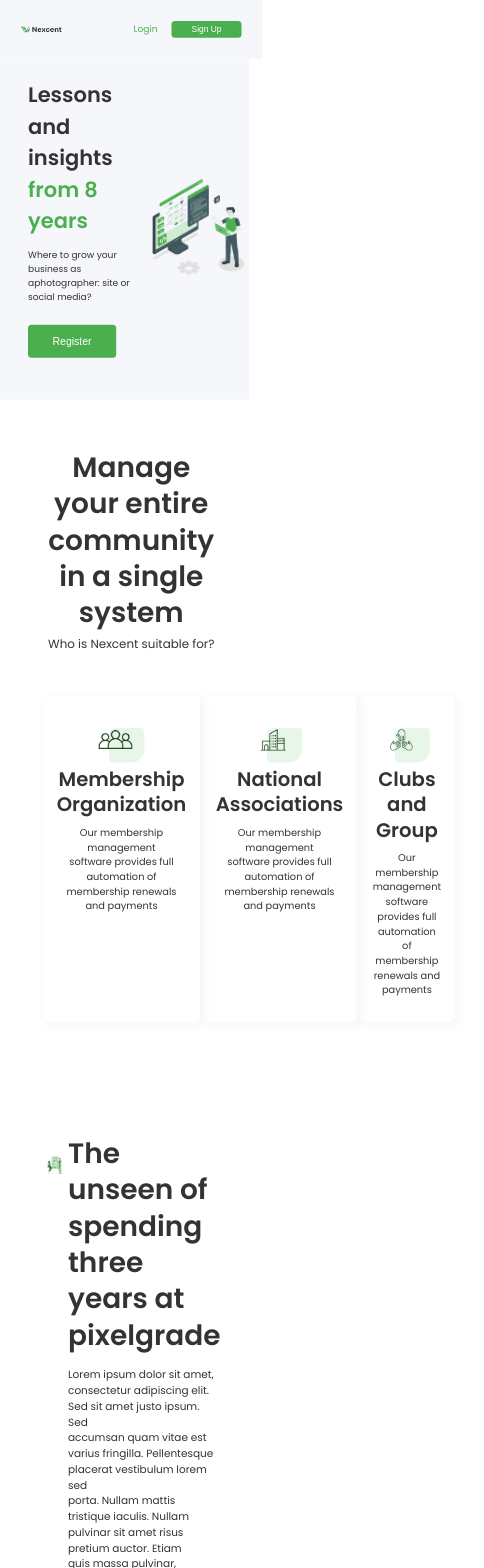
Repository: Eldream12/axia-second-project
Page: index.html
These files come from the project's save history. The page is drawn as it stood at one moment and after the next save; the edit follows.
The browser window is 375 px wide. The page is 691 px wide, so the pictures cover 691 px, including what lies to the right of the window. The pictures show the part of the page from y = 0 to 2240 px (the page is 6285 px tall before and 6305 px after), at 70% of full size.

Above is the page before, as saved 2025-03-18 13:17:40.

### index.html
<!DOCTYPE html>
<html lang="en">
	<head>
		<meta charset="UTF-8" />
		<meta name="viewport" content="width=device-width, initial-scale=1.0" />
		<title>Landing Page</title>
		<link rel="stylesheet" href="styles/style.css" />
	</head>
	<body>
		<!-- navBar -->
		<header>
			<div id="navbar">
				<div class="logo">
					<img src="images/Logo.png" alt="Logo" />
				</div>

				<div class="contact-home">
					<ul>
						<li><a href="">Home</a></li>
						<li><a href="">Service</a></li>
						<li><a href="">Feature</a></li>
						<li><a href="">Product</a></li>
						<li><a href="">Testimonial</a></li>
						<li><a href="">FAQ</a></li>
					</ul>
				</div>

				<div class="login">
					<a href="">Login</a>
					<button id="signup-btn">Sign Up</button>
				</div>
			</div>
		</header>

		<!-- hero-section -->
		<main>
			<div class="hero-section">
				<div class="all-text">
					<h1 class="text-1">Lessons and insights</h1>
					<h1 class="text-2">from 8 years</h1>
					<p>
						Where to grow your business as aphotographer: site or social media?
					</p>
					<button>Register</button>
				</div>

				<div>
					<img src="images/Illustration.png" alt="heroimage" width="350px" />
				</div>
			</div>

			<!-- community -->
			<div id="community">
				<div class="com-header-text">
					<h2>Manage your entire community</h2>
					<h2>in a single system</h2>
					<p>Who is Nexcent suitable for?</p>
				</div>

				<div class="components">
					<div class="box">
						<div>
							<img src="images/Icon (3).png" alt="Icon" />
						</div>
						<div class="box-text">
							<h2>Membership</h2>
							<h2>Organization</h2>
							<p>
								Our membership management <br />
								software provides full automation of <br />
								membership renewals and payments
							</p>
						</div>
					</div>

					<div class="box">
						<div>
							<img src="images/Icon (1).png" alt="Icon" />
						</div>
						<div class="box-text">
							<h2>National</h2>
							<h2>Associations</h2>
							<p>
								Our membership management <br />
								software provides full automation of <br />
								membership renewals and payments
							</p>
						</div>
					</div>

					<div class="box">
						<div>
							<img src="images/Icon (2).png" alt="Icon" />
						</div>
						<div class="box-text">
							<h2>Clubs and</h2>
							<h2>Group</h2>
							<p>
								Our membership management <br />
								software provides full automation of <br />
								membership renewals and payments
							</p>
						</div>
					</div>
				</div>

				<div class="sub-component">
					<div>
						<img src="images/rafiki.png" alt="subject" />
					</div>

					<div class="txt">
						<h2>
							The unseen of spending three <br />
							years at pixelgrade
						</h2>
						<p>
							Lorem ipsum dolor sit amet, consectetur adipiscing elit. Sed sit
							amet justo ipsum. Sed <br />
							accumsan quam vitae est varius fringilla. Pellentesque placerat
							vestibulum lorem sed <br />
							porta. Nullam mattis tristique iaculis. Nullam pulvinar sit amet
							risus pretium auctor. Etiam <br />
							quis massa pulvinar, aliquam quam vitae, tempus sem. Donec
							elementum pulvinar odio.
						</p>
						<button>Learn More</button>
					</div>
				</div>
			</div>

			<!-- about -->
			<div class="about">
				<div class="about-header">
					<h2 class="t--1">Helping a local</h2>
					<h2 class="t--2">business reinvent itself</h2>
					<p>We reached here with our hard work and dedicaton</p>
				</div>

				<!-- abt-info -->
				<div class="abt-info">
					<div class="cnt-info--1">
						<div class="m-info">
							<div>
								<img src="images/Icon 1.png" alt="icon" />
							</div>
							<div class="txt">
								<h3>2,245,342</h3>
								<p>Members</p>
							</div>
						</div>
						<div class="m-info">
							<div>
								<img src="images/Icon 2.png" alt="icon" />
							</div>
							<div class="txt">
								<h3>828,867</h3>
								<p>Event Bookings</p>
							</div>
						</div>
					</div>

					<div class="ctn-info--2">
						<div class="m-info">
							<div>
								<img src="images/Icon 3.png" alt="icon" />
							</div>
							<div class="txt">
								<h3>46,328</h3>
								<p>Clubs</p>
							</div>
						</div>
						<div class="m-info">
							<div>
								<img src="images/Icon 4.png" alt="icon" />
							</div>
							<div class="txt">
								<h3>1,926,436</h3>
								<p>Payment</p>
							</div>
						</div>
					</div>
				</div>
			</div>

			<!-- How to -->
			<div class="how-to">
				<div>
					<img src="images/pana.png" alt="pana" />
				</div>
				<div class="how-txt">
					<h2>
						How to design your site footer like <br />
						we did
					</h2>
					<p>
						Donec a eros justo. Fusce egestas tristique ultrices. Nam tempor,
						augue nec tincidunt <br />
						molestie, massa nunc varius arcu, at scelerisque elit erat a magna.
						Donec quis erat at <br />
						libero ultrices mollis. In hac habitasse platea dictumst. Vivamus
						vehicula leo dui, at porta <br />
						nisi facilisis finibus. In euismod augue vitae nisi ultricies, non
						aliquet urna tincidunt. Integer <br />
						in nisi eget nulla commodo faucibus efficitur quis massa. Praesent
						felis est, finibus et nisi <br />
						ac, hendrerit venenatis libero. Donec consectetur faucibus ipsum id
						gravida.
					</p>
					<button class="howto-btn">Learn More</button>
				</div>
			</div>

			<!-- Tim smith -->
			<div class="tim-smith">
				<div>
					<img src="images/image 9.png" alt="tesla" />
				</div>
				<div class="tim-txt">
					<p>
						Maecenas dignissim justo eget nulla rutrum molestie. Maecenas
						lobortis sem dui, vel rutrum risus <br />
						tincidunt ullamcorper. Proin eu enim metus. Vivamus sed libero
						ornare, tristique quam in, gravida <br />
						enim. Nullam ut molestie arcu, at hendrerit elit. Morbi laoreet elit
						at ligula molestie, nec molestie <br />
						mi blandit. Suspendisse cursus tellus sed augue ultrices, quis
						tristique nulla sodales. Suspendisse <br />
						eget lorem eu turpis vestibulum pretium. Suspendisse potenti.
						Quisque malesuada enim sapien, <br />
						vitae placerat ante feugiat eget. Quisque vulputate odio neque, eget
						efficitur libero condimentum <br />id. Curabitur id nibh id sem
						dignissim finibus ac sit amet magna.
					</p>
					<h4>Tim Smith</h4>
					<p>British Dragon Boat Racing Association</p>
					<div class="tim-link">
						<div class="tim-icon">
							<img src="/images/Frame 10.png" alt="frame 10" />
						</div>
						<div class="meet">
							<a href=""
								><h4>
									Meet all customers <img src="images/Right.png" alt="" /></h4
							></a>
						</div>
					</div>
				</div>
			</div>

			<!-- caring -->
			<div class="caring">
				<div>
					<h2>Caring is the new marketing</h2>
					<p>
						The Nexcent blog is the best place to read about the latest
						membership insights, trends <br />
						and more. See who's joining the community, read about how our
						community <br />
						are increasing their membership income and lot's more.
					</p>
				</div>

				<div class="c-images">
					<div>
						<div>
							<img src="images/image 18.png" alt="" />
						</div>
						<div class="c-text">
							<p>
								Creating Streamlined <br />
								Safeguarding Processes with <br />
								OneRen
							</p>
							<div class="readmore">
								<a href=""
									>Read More <img class="c-right" src="images/Right.png" alt=""
								/></a>
							</div>
						</div>
					</div>

					<div>
						<div>
							<img src="images/image 19.png" alt="" />
						</div>
						<div class="c-text">
							<p>
								What are your safeguarding <br />
								responsibilities and how can <br />
								you manage them?
							</p>
							<div class="readmore">
								<a href=""
									>Read More <img class="c-right" src="images/Right.png" alt=""
								/></a>
							</div>
						</div>
					</div>

					<div>
						<div>
							<img src="images/image 20.png" alt="" />
						</div>
						<div class="c-text">
							<p>
								Revamping the Membership <br />
								Model with Triathlon <br />
								Australia
							</p>
							<div class="readmore">
								<a href="#"
									>Read More<img class="c-right" src="images/Right.png" alt=""
								/></a>
							</div>
						</div>
					</div>
				</div>
			</div>

			<div class="pellen">
				<h2>Pellentesque suscipit <br />fringilla libero eu.</h2>
				<div class="pellen-btn">
					<button>Get a demo</button>
					<!-- <img src="images/Right.png" alt="" /> -->
				</div>
			</div>
		</main>

		<!-- footer -->
		<footer>
			<div class="footer-end">
				<div class="foot-logo">
					<img src="images/Logo footer.png" alt="" />
					<p class="ftxt">Copyright © 2020 Nexcent ltd.</p>
					<p class="ftxt">All rights reserved</p>
					<div class="socials">
						<div><img src="images/Social Icons 1.png" alt="" /></div>
						<div><img src="images/Social Icons 2.png" alt="" /></div>
						<div><img src="images/Social Icons 3.png" alt="" /></div>
						<div><img src="images/Social Icons 4.png" alt="" /></div>
					</div>
				</div>

				<div>
					<h3>Company</h3>
					<div class="comps"><a href="">About Us</a></div>
					<div class="comps"><a href="">Blog</a></div>
					<div class="comps"><a href="">Contact us</a></div>
					<div class="comps"><a href="">Pricing</a></div>
					<div class="comps"><a href="">Testimonials</a></div>
				</div>

				<div>
					<h3>Support</h3>
					<div class="comps"><a href="">Help center</a> <br /></div>
					<div class="comps"><a href="">Terms of service</a> <br /></div>
					<div class="comps"><a href="">Legal</a> <br /></div>
					<div class="comps"><a href="">Privacy policy</a> <br /></div>
					<div class="comps"><a href="">Status</a> <br /></div>
				</div>

				<div>
					<h3 class="stay">Stay up to date</h3>
					<div class="e-mail">
						<input
							type="email"
							name="email"
							placeholder="Your email address"
							value=""
						/>
						<div class="snd">
							<img src="images/send.png" alt="" />
						</div>
					</div>
				</div>
			</div>
		</footer>
	</body>
</html>

### styles/style.css
@import url("https://fonts.googleapis.com/css2?family=Poppins:ital,wght@0,100;0,200;0,300;0,400;0,500;0,600;0,700;0,800;0,900;1,100;1,200;1,300;1,400;1,500;1,600;1,700;1,800;1,900&display=swap");

* {
	margin: 0;
	padding: 0;
	box-sizing: border-box;
}

html body {
	font-family: poppins, sans-serif;
}

/* NavBar */
header #navbar {
	display: flex;
	justify-content: space-around;
	padding: 30px;
	align-items: center;
	background-color: #f5f7fa;
}

ul {
	display: flex;
	list-style: none;
	gap: 40px;
}

li a {
	text-decoration: none;
	color: #000000;
}

.logo {
	display: flex;
	gap: 10px;
}

.logo img {
	height: auto;
	padding: 0;
}

.login {
	display: flex;
	align-items: center;
}

#signup-btn {
	padding: 10px 20px;
	margin-left: 20px;
	font-size: 16px;
	background-color: #4caf4f;
	color: #ffffff;
	border: none;
	border-radius: 5px;
}

.login a {
	text-decoration: none;
	color: #000000;
	color: #4caf4f;
}

/* hero */
.hero-section {
	display: flex;
	justify-content: space-around;
	background-color: #f5f7fa;
	align-items: center;
	padding-bottom: 60px;
}

.hero-section .text-1,
p {
	color: #333333;
}

.hero-section p {
	margin-top: 15px;
}

.hero-section .text-2 {
	color: #4caf4f;
}

.hero-section h1 {
	font-size: 60px;
	font-weight: 600;
}

.hero-section button {
	background-color: #4caf4f;
	color: #ffffff;
	border: none;
	border-radius: 5px;
	padding: 15px 35px;
	margin-top: 30px;
	font-size: 15px;
}

.hero-section,
img {
	padding-top: 30px;
}

.hero-section .all-text {
	margin-left: 40px;
}

/* community */
#community .com-header-text h2 {
	text-align: center;
	color: #333333;
	line-height: 1.3em;
}

#community .com-header-text p {
	text-align: center;
	color: #333333;
	font-size: 17px;
	padding-top: 5px;
}

#community .components {
	display: flex;
	justify-content: space-around;
	text-align: center;
}

#community {
	padding: 70px 60px;
}

#community .com-header-text h2 {
	font-size: 40px;
	font-weight: 600;
}

.components .box-text h2 {
	color: #333333;
	font-weight: 600;
	line-height: 1.3em;
	font-size: 28px;
}

.components .box-text p {
	color: #333333;
	font-size: 14px;
	padding-top: 10px;
}

.components .box {
	border: 1px solid #ebebeb63;
	border-radius: 10px;
	padding: 10px 20px 35px 20px;
	box-shadow: 5px 5px 15px #1b1b1b0a;
}

.components {
	padding: 60px 0 100px 0;
}

/* sub-component */
#community .sub-component {
	display: flex;
	justify-content: center;
	margin-top: 60px;
}

#community .sub-component p {
	color: #333333;
	padding-bottom: 20px;
	font-size: 15px;
	line-height: 1.5em;
}

#community .sub-component h2 {
	color: #333333;
	font-weight: 600;
	font-size: 40px;
	padding-bottom: 20px;
	line-height: 1.3em;
}

#community .sub-component .txt button {
	background-color: #4caf4f;
	color: #ffffff;
	border: none;
	padding: 15px 40px;
	border-radius: 5px;
	font-size: 18px;
}

#community .sub-component .txt {
	align-content: center;
}

/* about */
.about {
	display: flex;
	justify-content: space-around;
	background-color: #f5f7fa;
	align-items: center;
	padding: 60px;
}

.about .about-header .t--1 {
	color: #333333;
}

.about .about-header .t--2 {
	color: #4caf4f;
	padding-top: -10px;
}

.about .about-header h2 {
	font-weight: 600;
	font-size: 40px;
}

.about .about-header p {
	font-size: 15px;
}

.abt-info {
	display: flex;
}

.m-info {
	display: flex;
	align-items: center;
	padding: 15px 0 15px 0;
}

.abt-info .m-info img {
	margin-top: -35px;
}

.abt-info .m-info .txt {
	color: #333333;
	padding-left: 10px;
}

.abt-info .m-info h3 {
	font-weight: 600;
	font-size: 30px;
}

.abt-info {
	gap: 80px;
}

/* how-to */
.how-to {
	display: flex;
	justify-content: center;
	padding: 20px 0 20px 0;
}

.how-to p {
	color: #333333;
	font-size: 15px;
	margin: 30px 0 30px 0;
	line-height: 1.5em;
}

.how-to h2 {
	font-weight: 600;
	font-size: 40px;
	line-height: 1.3em;
	color: #333333;
}

.how-to {
	align-items: center;
}

.how-to .howto-btn {
	background-color: #4caf4f;
	color: #ffffff;
	border: none;
	padding: 15px 40px;
	border-radius: 5px;
	font-size: 18px;
}

/* tim-smith */
.tim-smith {
	display: flex;
	align-items: center;
	justify-content: center;
	background-color: #f5f7fa;
	margin-top: 20px;
	gap: 50px;
}

.tim-smith h4 {
	padding: 10px 0 10px 0;
	color: #4caf4f;
}

.tim-smith p {
	font-size: 15px;
	line-height: 1.5em;
}

.tim-txt .tim-link {
	display: flex;
}

.tim-link .meet {
	display: flex;
}

.tim-link .meet h4 img {
	padding-top: 0;
	position: relative;
	top: 7px;
}

.tim-txt a {
	text-decoration: none;
	color: #4caf4f;
	padding: 30px;
	margin-top: -5px;
}

/* caring */
.caring {
	text-align: center;
	color: #333333;
	margin-top: 50px;
}

.caring h2 {
	font-weight: 600;
	font-size: 40px;
}

.caring p {
	font-size: 15px;
	line-height: 1.5em;
}

.caring .c-images {
	display: flex;
	justify-content: center;
	gap: 40px;
}

.caring .c-text {
	width: 300px;
	background-color: #f5f7fa;
	border-radius: 10px;
	margin: auto;
	position: relative;
	bottom: 100px;
	padding: 40px 0 40px 0;
	box-shadow: #abbed118 10px 10px 15px;
}

.caring .c-text p {
	font-weight: 600;
	font-size: 18px;
	color: #5f5e5e;
}

.caring .c-text a {
	text-decoration: none;
	color: #4caf4f;
	font-weight: 700;
}

.caring .c-text .c-right {
	padding-top: 0;
	position: relative;
	top: 8px;
}

/* pellen */
.pellen {
	text-align: center;
	background-color: #f5f7fa;
	align-items: center;
	padding: 20px 0 20px 0;
}

.pellen h2 {
	font-weight: 600;
	font-size: 55px;
	color: #263238;
	line-height: 1.3em;
}

.pellen button {
	background-color: #4caf4f;
	color: #ffffff;
	border: none;
	padding: 10px 30px;
	border-radius: 5px;
	font-size: 14px;
	margin-top: 20px;
}

/* .pellen button img {
  padding: 0;
} */

/* footer */
.footer-end {
	background-color: #263238;
	display: flex;
	justify-content: center;
	gap: 150px;
	padding: 60px 0 60px 0;
}

.footer-end .foot-logo img {
	padding-top: 0;
	padding-bottom: 35px;
}

.footer-end .foot-logo .socials {
	gap: 15px;
	margin-top: 50px;
}

.footer-end .socials {
	display: flex;
}

.footer-end h3,
.ftxt {
	color: #ffffff;
	padding-bottom: 10px;
}

.footer-end h3 {
	font-weight: 600;
	font-size: 25px;
	margin-bottom: 20px;
}

.footer-end a {
	text-decoration: none;
	color: #ffffff;
}

.footer-end .comps {
	padding-bottom: 10px;
}

.footer-end input {
	height: 40px;
	width: 250px;
	background-color: #ffffff1e;
	color: #ffffff;
	padding: 0 10px 0 10px;
	border: none;
	border-radius: 5px;
	font-size: 14px;
}

.footer-end .snd img {
	padding-top: 0;
	position: relative;
	right: 30px;
	top: 10px;
}

.footer-end .e-mail {
	display: flex;
}

/* Media Query */
@media screen and (max-width: 480px) {
	/* header */
	header #navbar .contact-home {
		display: none;
	}

	header #navbar {
		justify-content: center;
		gap: 100px;
	}

	.logo img {
		width: 100%;
	}

	#signup-btn {
		font-size: 12px;
		width: 100px;
		padding: 5px 5px;
	}

	.login a {
		font-size: 13px;
	}

	/* hero */
	.hero-section {
		justify-content: center;
		gap: ;
	}

	.hero-section h1 {
		font-size: 30px;
	}

	.hero-section p {
		font-size: 13px;
	}

	.hero-section,
img {
	max-width: 95%;
}
}

After the next save:
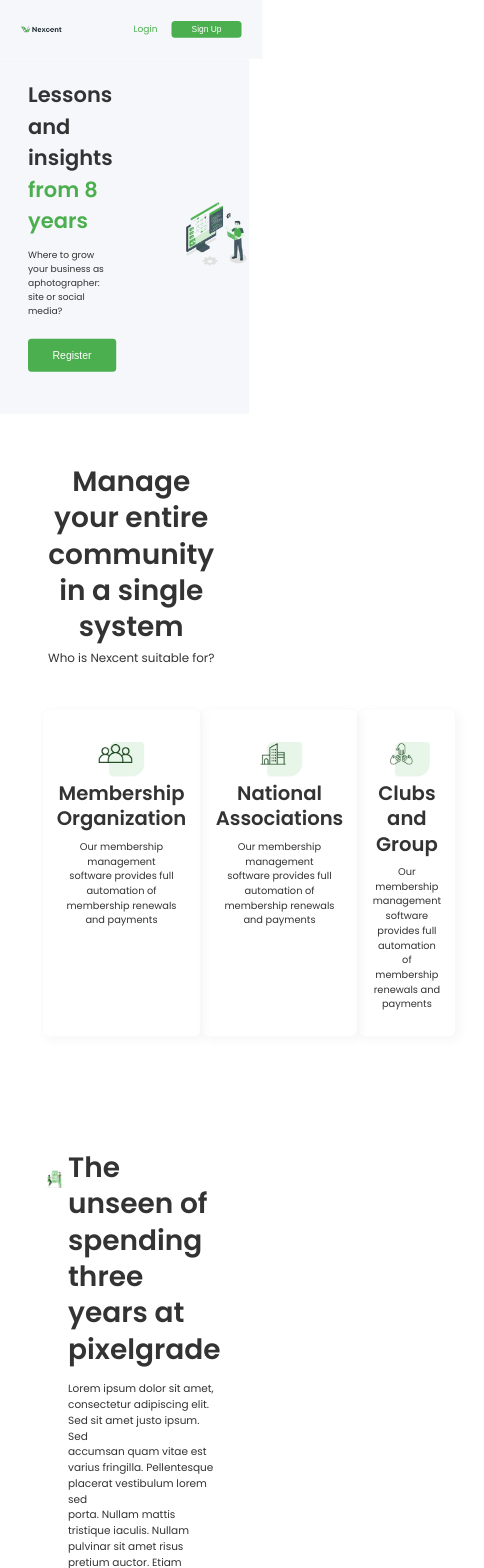
Saved 4 s later.
--- a/styles/style.css
+++ b/styles/style.css
@@ -501,7 +501,7 @@
 	/* hero */
 	.hero-section {
 		justify-content: center;
-		gap: ;
+		gap: 100px;
 	}
 
 	.hero-section h1 {

After the 4 saves that followed:
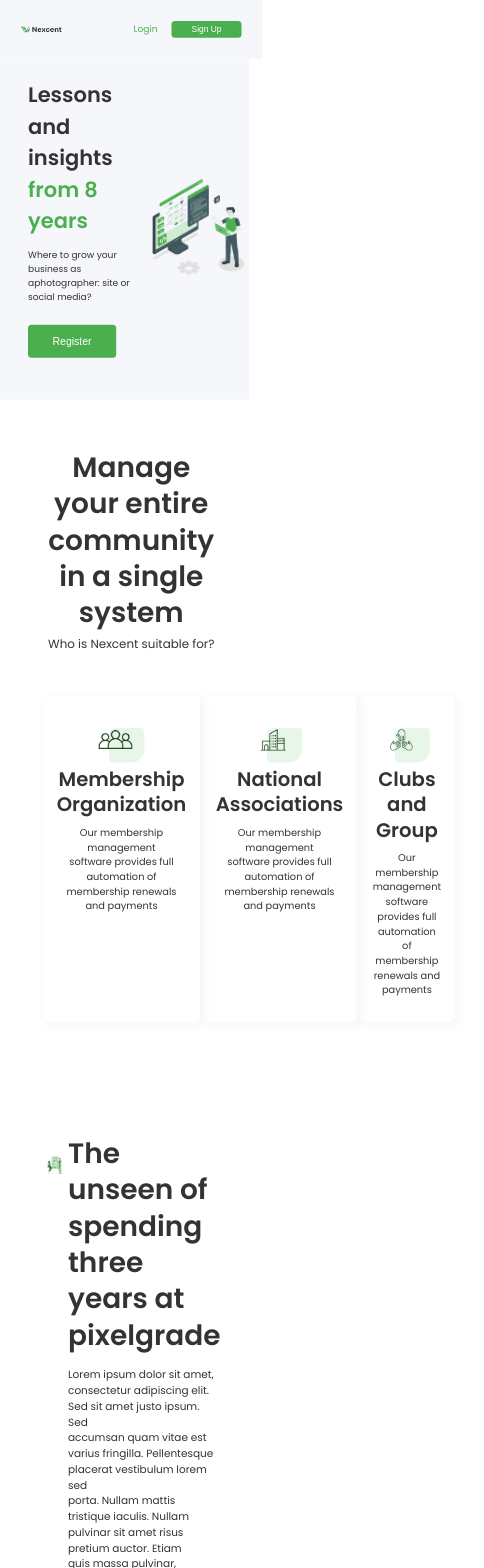
The 4 saves are shown as one change because they came seconds apart.
The last was saved 18 s later.
--- a/styles/style.css
+++ b/styles/style.css
@@ -500,8 +500,7 @@
 
 	/* hero */
 	.hero-section {
-		justify-content: center;
-		gap: 100px;
+		justify-content: space-around;
 	}
 
 	.hero-section h1 {
